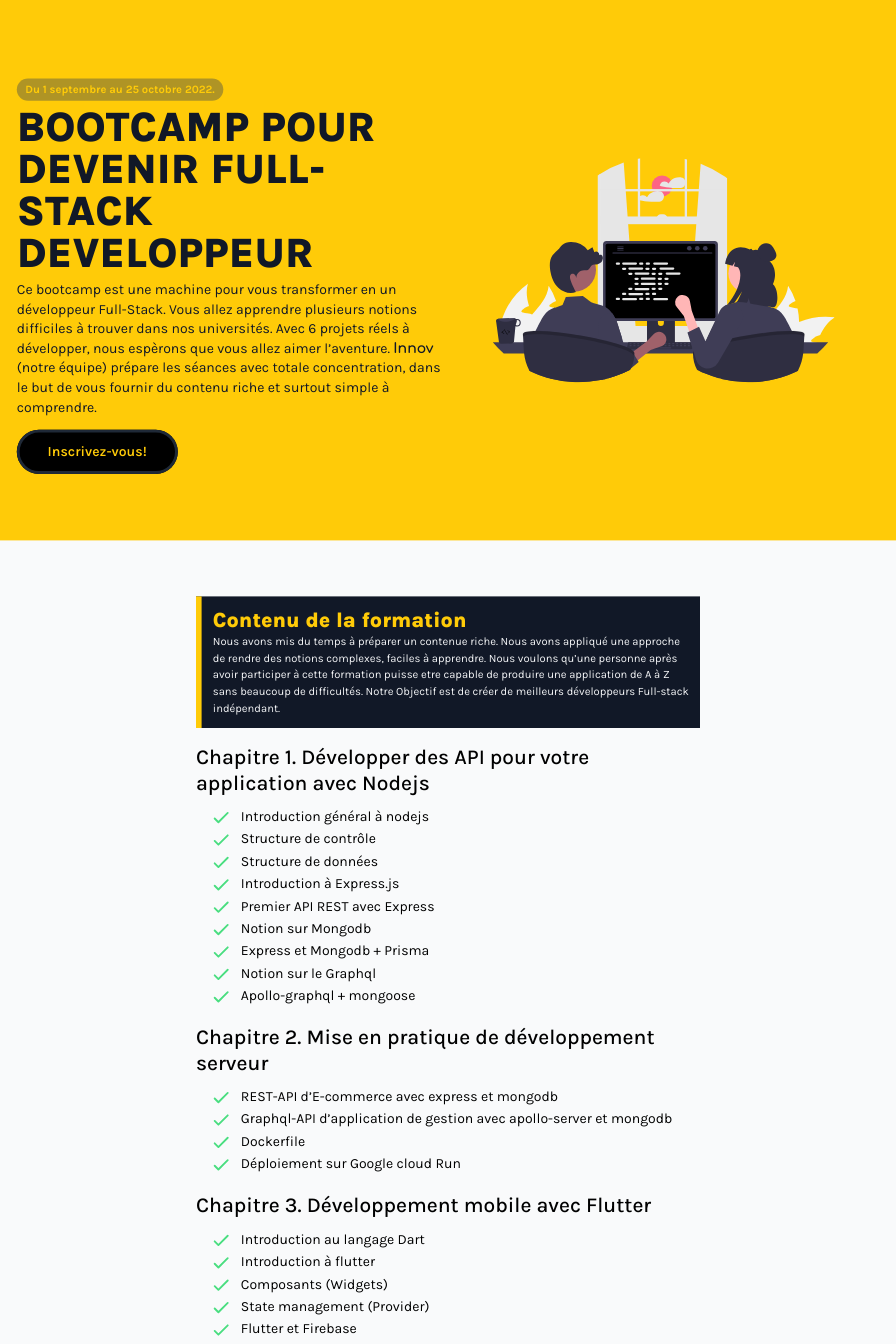
Repository: alfredlwanzo/course
Page: /
An editor plug-in stored every save of this project. The page is shown before and after the next save, followed by the edit.
The browser window is 1280 px wide. The pictures show the part of the page from y = 0 to 1920 px (the page is 3650 px tall), at 70% of full size.
The project was rebuilt for these pictures with package versions that can differ from the ones it lists, and the page was loaded fresh each time. The framework's server and built-in components were replaced by stand-ins that run in the browser. Also part of the build but not shown: next.config.js.

Above is the page before, as saved 2022-08-09 13:07:17.

### pages/_app.tsx
import '../src/styles/globals.css'
import type { AppProps } from 'next/app'

function MyApp({ Component, pageProps }: AppProps) {
  return <Component {...pageProps} />
}

export default MyApp

### pages/_document.tsx
import NextDocument, { Html, Head, Main, NextScript } from "next/document";

type Props = {};

class MyDocument extends NextDocument<Props> {
  render() {
    return (
      <Html>
        <Head>
          <link rel="manifest" href="/manifest.json" />
          <link rel="apple-touch-icon" href="/icon.png"></link>
          <meta name="theme-color" content="#FFCB08" />
          <link rel="icon" href="/favicon.ico" />
        </Head>
        <body>
          <Main />
          <NextScript />
        </body>
      </Html>
    );
  }
}

export default MyDocument;

### pages/index.tsx
import Footer from '@src/components/Footers/Footer'
import ContentSection from '@src/components/sections/Content'
import HomeSection from '@src/components/sections/Home'
import PricingSection from '@src/components/sections/Pricing'
import type { NextPage } from 'next'
import Head from 'next/head'
import Image from 'next/image'


const Home: NextPage = () => {
  return (
    <div className="">
      <Head>
        <title>Innov | Bootcamp pour devenir fullStack developpeur</title>
        <meta name="description" content="Generated by create next app" />
        <link rel="icon" href="/favicon.ico" />
      </Head>

      <main className="">
       <section className="bg-primary pt-28 pb-14 md:pb-28">
        {/* section Home */}
        <HomeSection/>
       </section>

       {/* section content */}
       <section className="py-6 md:py-20">
        <ContentSection/>
       </section>
       {/* Section pricing */}
       <section>
        <PricingSection/>
       </section>
      </main>

      <Footer/>
    </div>
  )
}

export default Home

### src/styles/globals.css

/* Fonts: Comfortaa & Karla */
@import url('https://fonts.googleapis.com/css2?family=Comfortaa:wght@300;400;500;600;700&display=swap');
@import url('https://fonts.googleapis.com/css2?family=Karla:ital,wght@0,200;0,300;0,400;0,500;0,600;0,700;0,800;1,200;1,300;1,400;1,500;1,600;1,700;1,800&display=swap');

/* tailwind */
@tailwind base;
@tailwind components;
@tailwind utilities;


html,
body {
  padding: 0;
  margin: 0;
  @apply bg-gray-50;
  font-family: 'Karla', sans-serif;
}

a {
  color: inherit;
  text-decoration: none;
}

* {
  box-sizing: border-box;
}

### src/components/Footers/Footer.tsx
import React from 'react'
import Copyright from './Copyright'


const Footer = () => {
  return (
    <div className='bg-gray-900'>
        <Copyright/>
    </div>
  )
}

export default Footer

### src/components/sections/Content.tsx
import React from "react";
import { CheckIcon } from "@heroicons/react/outline";

const ContentSection = () => {
  return (
    <article className="max-w-3xl mx-auto px-3 sm:px-6">
      <blockquote className="bg-gray-900 border-l-8 border-l-primary text-gray-100 p-4">
        <h6 className="text-primary text-3xl font-extrabold">Contenu de la formation</h6>
        Nous avons mis du temps à préparer un contenue riche. Nous avons appliqué une approche de rendre des notions complexes, faciles à apprendre. Nous voulons qu’une personne après avoir participer à cette formation puisse etre capable de produire une application de A à Z sans beaucoup de difficultés. Notre Objectif est de créer de meilleurs développeurs Full-stack indépendant.
      </blockquote>
      {/* Chapter 1 */}
      <div className="mt-6">
        <h2 className="text-3xl font-medium">
          Chapitre 1. Développer des API pour votre application avec Nodejs
        </h2>
        <ul className="list-inside pl-5 mt-4">
          <li className="text-xl ">
            <CheckIcon className="inline-block h-8 w-8 mr-3 text-green-400" />
            Introduction général à nodejs
          </li>
          <li className="text-xl ">
            <CheckIcon className="inline-block h-8 w-8 mr-3 text-green-400" />
            Structure de contrôle
          </li>
          <li className="text-xl ">
            <CheckIcon className="inline-block h-8 w-8 mr-3 text-green-400" />
            Structure de données
          </li>
          <li className="text-xl ">
            <CheckIcon className="inline-block h-8 w-8 mr-3 text-green-400" />
            Introduction à Express.js
          </li>
          <li className="text-xl ">
            <CheckIcon className="inline-block h-8 w-8 mr-3 text-green-400" />
            Premier API REST avec Express
          </li>
          <li className="text-xl ">
            <CheckIcon className="inline-block h-8 w-8 mr-3 text-green-400" />
            Notion sur Mongodb
          </li>
          <li className="text-xl ">
            <CheckIcon className="inline-block h-8 w-8 mr-3 text-green-400" />
            Express et Mongodb + Prisma
          </li>
          <li className="text-xl ">
            <CheckIcon className="inline-block h-8 w-8 mr-3 text-green-400" />
            Notion sur le Graphql
          </li>
          <li className="text-xl ">
            <CheckIcon className="inline-block h-8 w-8 mr-3 text-green-400" />
            Apollo-graphql + mongoose
          </li>
        </ul>
      </div>
      {/* Chapitre 2 */}
      <div className="mt-6">
        <h2 className="text-3xl font-medium">
          Chapitre 2. Mise en pratique de développement serveur
        </h2>
        <ul className="list-inside pl-5 mt-4 ">
          <li className="text-xl ">
            <CheckIcon className="inline-block h-8 w-8 mr-3 text-green-400" />
            REST-API d’E-commerce avec express et mongodb
          </li>
          <li className="text-xl ">
            <CheckIcon className="inline-block h-8 w-8 mr-3 text-green-400" />
            Graphql-API d’application de gestion avec apollo-server et mongodb
          </li>
          <li className="text-xl ">
            <CheckIcon className="inline-block h-8 w-8 mr-3 text-green-400" />
            Dockerfile
          </li>
          <li className="text-xl ">
            <CheckIcon className="inline-block h-8 w-8 mr-3 text-green-400" />
            Déploiement sur Google cloud Run
          </li>
        </ul>
      </div>
      {/* Chapitre 3 */}
      <div className="mt-6">
        <h2 className="text-3xl font-medium">
          Chapitre 3. Développement mobile avec Flutter
        </h2>
        <ul className="list-inside pl-5 mt-4 ">
          <li className="text-xl ">
            <CheckIcon className="inline-block h-8 w-8 mr-3 text-green-400" />
            Introduction au langage Dart
          </li>
          <li className="text-xl ">
            <CheckIcon className="inline-block h-8 w-8 mr-3 text-green-400" />
            Introduction à flutter
          </li>
          <li className="text-xl ">
            <CheckIcon className="inline-block h-8 w-8 mr-3 text-green-400" />
            Composants (Widgets)
          </li>
          <li className="text-xl ">
            <CheckIcon className="inline-block h-8 w-8 mr-3 text-green-400" />
            State management (Provider)
          </li>
          <li className="text-xl ">
            <CheckIcon className="inline-block h-8 w-8 mr-3 text-green-400" />
            Flutter et Firebase
          </li>
          <li className="text-xl ">
            <CheckIcon className="inline-block h-8 w-8 mr-3 text-green-400" />
            Flutter et SQLite pour le stockage local
          </li>
          <li className="text-xl ">
            <CheckIcon className="inline-block h-8 w-8 mr-3 text-green-400" />
            Flutter pour le Media (Camera, Image, vidéo, audio)
          </li>
        </ul>
      </div>
       {/* Chapitre 4 */}
       <div className="mt-6">
        <h2 className="text-3xl font-medium">
          Chapitre 4. Mise en pratique complète, Section de clonage de projets existant
        </h2>
        <ul className="list-inside pl-5 mt-4 ">
          <li className="text-xl ">
            <CheckIcon className="inline-block h-8 w-8 mr-3 text-green-400" />
            Développement d’une application d’E-commerce avec REST-API
          </li>
          <li className="text-xl ">
            <CheckIcon className="inline-block h-8 w-8 mr-3 text-green-400" />
            Développement d’une application de Twitter avec Google Firebase
          </li>
          <li className="text-xl ">
            <CheckIcon className="inline-block h-8 w-8 mr-3 text-green-400" />
            Développement d’une librairie client pour graphql
          </li>
          <li className="text-xl ">
            <CheckIcon className="inline-block h-8 w-8 mr-3 text-green-400" />
            Développement d’une application de Gestion commerciale avec Graphql avec AWS AppSync
          </li>
          <li className="text-xl ">
            <CheckIcon className="inline-block h-8 w-8 mr-3 text-green-400" />
            Déploiement sur playstore
          </li>
        </ul>
      </div>
      <blockquote className="border-l-4 border-l-green-400 p-6 mt-6 bg-gray-100 text-xl text-gray-700">
        En participant vous aurez <span className="font-bold">accès à une vidéo chaque jour</span> pour rappeler les notions apprise pendant le live
      </blockquote>
    </article>
  );
};

export default ContentSection;

### src/components/sections/Home.tsx
import React from "react";
import SubscribeButton from "../buttons/SubscribeButton";
import PairProgramming from "../icons/PairProgramming";

const HomeSection = () => {
  return (
    <div className="max-w-7xl mx-auto px-3 sm:px-6">
      <div className="grid md:grid-cols-2 gap-10 lg:gap-0">
        <div>
          <div className="bg-gray-700 bg-opacity-40 w-max py-1 px-3 rounded-full">
            <h6 className="font-bold text-primary">
              Du 1 septembre au 25 octobre 2022.
            </h6>
          </div>
          <h1 className="text-5xl md:text-6xl text-gray-900 font-extrabold uppercase mt-2">
            Bootcamp pour devenir full-stack developpeur
          </h1>
          <p className="text-xl mt-2 text-gray-900">
            Ce bootcamp est une machine pour vous transformer en un développeur
            Full-Stack. Vous allez apprendre plusieurs notions difficiles à
            trouver dans nos universités. Avec 6 projets réels à développer,
            nous espèrons que vous allez aimer l’aventure.{" "}
            <span className="font-comfortaa font-bold">Innov</span> (notre
            équipe) prépare les séances avec totale concentration, dans le but
            de vous fournir du contenu riche et surtout simple à comprendre.
          </p>
          <div className="hidden md:block mt-9">
            <SubscribeButton />
          </div>
        </div>
        <div className="flex flex-col items-center justify-center">
          <PairProgramming className="w-auto h-52 md:h-80 -bottom-10" />
          <div className="block md:hidden mt-12">
            <SubscribeButton />
          </div>
        </div>
      </div>
    </div>
  );
};

export default HomeSection;

### src/components/sections/Pricing.tsx
import { CheckIcon } from '@heroicons/react/outline'

const tiers = [
  {
    name: 'En ligne',
    href: '#',
    price: 75,
    description: "La formation se passe en ligne en live.  2 heures par jour",
    features: [
      'Pariatur quod similique',
      'Sapiente libero doloribus modi nostrum',
      'Vel ipsa esse repudiandae excepturi',
      'Itaque cupiditate adipisci quibusdam',
    ],
  },
  {
    name: 'En presentielle',
    href: '#',
    price: 100,
    description: 'Nous ne recevrons que 5 personnes au sein de nos locaux',
    features: [
      'Pariatur quod similique',
      'Sapiente libero doloribus modi nostrum',
      'Vel ipsa esse repudiandae excepturi',
      'Itaque cupiditate adipisci quibusdam',
    ],
  },
]

export default function PricingSection() {
  return (
    <div className="bg-gray-900">
      <div className="pt-12 sm:pt-16 lg:pt-24">
        <div className="max-w-7xl mx-auto text-center px-4 sm:px-6 lg:px-8">
          <div className="max-w-3xl mx-auto space-y-2 lg:max-w-none">
            <h2 className="text-lg leading-6 font-semibold text-gray-300 uppercase tracking-wider">Prix</h2>
            <p className="text-3xl font-extrabold text-white sm:text-4xl lg:text-5xl">
            Un investissement pour la vie
            </p>
            <p className="text-xl text-gray-300">
            Le bon prix pour vous
            </p>
          </div>
        </div>
      </div>
      <div className="mt-8 pb-12 bg-gray-50 sm:mt-12 sm:pb-16 lg:mt-16 lg:pb-24">
        <div className="relative">
          <div className="absolute inset-0 h-3/4 bg-gray-900" />
          <div className="relative z-10 max-w-4xl mx-auto px-4 sm:px-6 lg:px-8">
            <div className="max-w-md mx-auto space-y-4 lg:max-w-5xl lg:grid lg:grid-cols-2 lg:gap-5 lg:space-y-0">
              {tiers.map((tier) => (
                <div key={tier.name} className="flex flex-col rounded-lg shadow-lg overflow-hidden">
                  <div className="px-6 py-8 bg-white sm:p-10 sm:pb-6">
                    <div>
                      <h3
                        className="inline-flex px-4 py-1 rounded-full text-sm font-semibold tracking-wide uppercase bg-gray-50 text-primary"
                        id="tier-standard"
                      >
                        {tier.name}
                      </h3>
                    </div>
                    <div className="mt-4 flex items-baseline text-6xl font-extrabold">
                      ${tier.price}
                    </div>
                    <p className="mt-5 text-lg text-gray-500">{tier.description}</p>
                  </div>
                  <div className="flex-1 flex flex-col justify-between px-6 pt-6 pb-8 bg-gray-50 space-y-6 sm:p-10 sm:pt-6">
                    <ul role="list" className="space-y-4">
                      {tier.features.map((feature) => (
                        <li key={feature} className="flex items-start">
                          <div className="flex-shrink-0">
                            <CheckIcon className="h-6 w-6 text-green-500" aria-hidden="true" />
                          </div>
                          <p className="ml-3 text-base text-gray-700">{feature}</p>
                        </li>
                      ))}
                    </ul>
                    <div className="rounded-md shadow">
                      <a
                        href={tier.href}
                        className="flex items-center justify-center px-5 py-3 border border-transparent text-base font-medium rounded-md text-white bg-gray-800 hover:bg-gray-900"
                        aria-describedby="tier-standard"
                      >
                        Get started
                      </a>
                    </div>
                  </div>
                </div>
              ))}
            </div>
          </div>
        </div>
        <div className="mt-4 relative max-w-4xl mx-auto px-4 sm:px-6 lg:px-8 lg:mt-5">
          <div className="max-w-md mx-auto lg:max-w-5xl">
            <div className="rounded-lg bg-gray-100 px-6 py-8 sm:p-10 lg:flex lg:items-center">
              <div className="flex-1">
                <div>
                  <h3 className="inline-flex px-4 py-1 rounded-full text-sm font-semibold tracking-wide uppercase bg-white text-gray-800">
                    Discounted
                  </h3>
                </div>
                <div className="mt-4 text-lg text-gray-600">
                  Get full access to all of standard license features for solo projects that make less than $20k gross
                  revenue for <span className="font-semibold text-gray-900">$29</span>.
                </div>
              </div>
              <div className="mt-6 rounded-md shadow lg:mt-0 lg:ml-10 lg:flex-shrink-0">
                <a
                  href="#"
                  className="flex items-center justify-center px-5 py-3 border border-transparent text-base font-medium rounded-md text-gray-900 bg-white hover:bg-gray-50"
                >
                  Buy Discounted License
                </a>
              </div>
            </div>
          </div>
        </div>
      </div>
    </div>
  )
}

### src/components/Footers/Copyright.tsx
import React from 'react'

const Copyright = () => {
  return (
    <div className='max-w-7xl mx-auto px-3 sm:px-6" py-3 text-gray-200 '>
        <p className='text-xs'>© 2022 InnovToast. Tous droits réservés.</p>
    </div>
  )
}

export default Copyright

### src/components/buttons/SubscribeButton.tsx
import React from "react";

const SubscribeButton = () => {
  return (
    <a
      href="https://wa.me/+243978154329"
      target="_blank"
      rel="noreferrer"
      className="bg-black text-primary py-4 px-10 text-xl font-semibold rounded-full border-4 border-gray-800 hover:bg-opacity-95 hover:border-gray-900"
    >
      Inscrivez-vous!
    </a>
  );
};

export default SubscribeButton;

Loaded but not shown: tailwind.config.js (18 lines, source omitted); src/components/icons/PairProgramming.tsx (865 lines, source omitted)

After the next save:
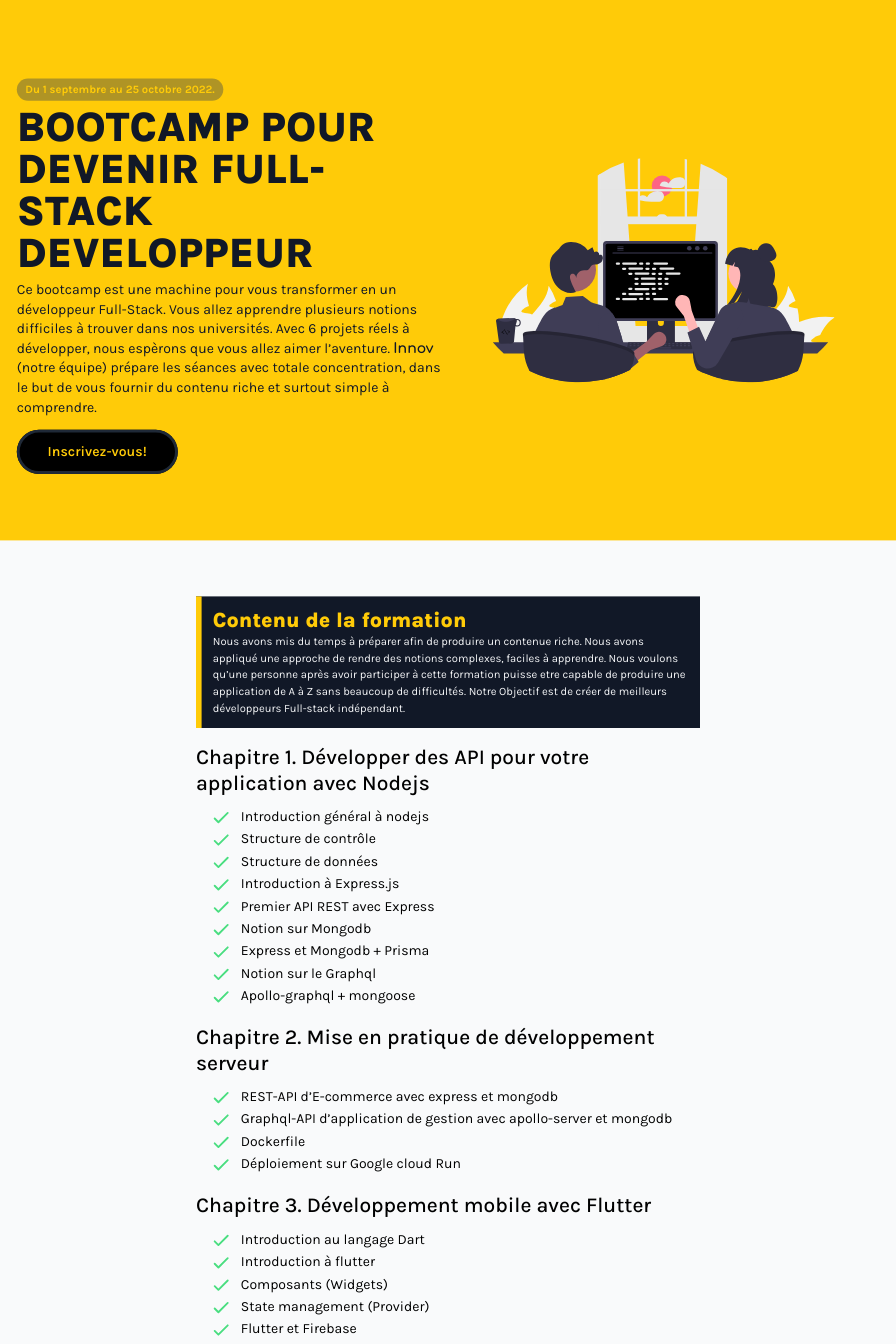
Saved 52 s later.
--- a/src/components/sections/Content.tsx
+++ b/src/components/sections/Content.tsx
@@ -6,7 +6,7 @@
     <article className="max-w-3xl mx-auto px-3 sm:px-6">
       <blockquote className="bg-gray-900 border-l-8 border-l-primary text-gray-100 p-4">
         <h6 className="text-primary text-3xl font-extrabold">Contenu de la formation</h6>
-        Nous avons mis du temps à préparer un contenue riche. Nous avons appliqué une approche de rendre des notions complexes, faciles à apprendre. Nous voulons qu’une personne après avoir participer à cette formation puisse etre capable de produire une application de A à Z sans beaucoup de difficultés. Notre Objectif est de créer de meilleurs développeurs Full-stack indépendant.
+        Nous avons mis du temps à préparer afin de produire un contenue riche. Nous avons appliqué une approche de rendre des notions complexes, faciles à apprendre. Nous voulons qu’une personne après avoir participer à cette formation puisse etre capable de produire une application de A à Z sans beaucoup de difficultés. Notre Objectif est de créer de meilleurs développeurs Full-stack indépendant.
       </blockquote>
       {/* Chapter 1 */}
       <div className="mt-6">
